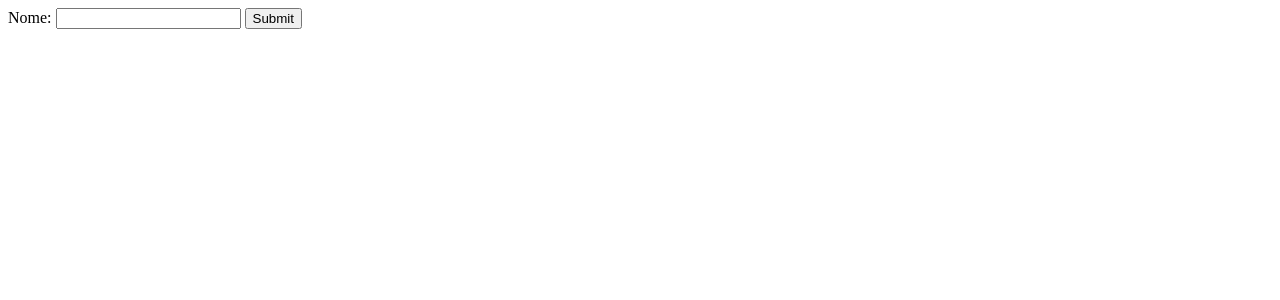
Repository: lcarlin/Alura_Java_Path_learning
Page: http://localhost/gerenciador/formNovaEmpresa2.jsp
These files come from the project's save history. The page is drawn as it stood at one moment and after the next save; the edit follows.
The browser window is 1280 px wide. The pictures show the whole page.
The page is served by Tomcat 9. Other server files are loaded and not shown.

Above is the page before, as saved 2020-08-13 19:51:57.

### gerenciador/WebContent/formNovaEmpresa2.jsp
<%@ taglib uri="http://java.sun.com/jsp/jstl/core" prefix="c" %>
<c:url value="/novaEmpresa" var="linkServletNovaEmpresa"/>

<!DOCTYPE html>
<html>
<head>
<meta charset="ISO-8859-1">
<title>Insert title here</title>
</head>
<body>

    <form action="${linkServletNovaEmpresa}" method="post">

		Nome: <input type="text" name="nome"/>
		<input type="submit" />
	</form>
</body>
</html>

After the next save:
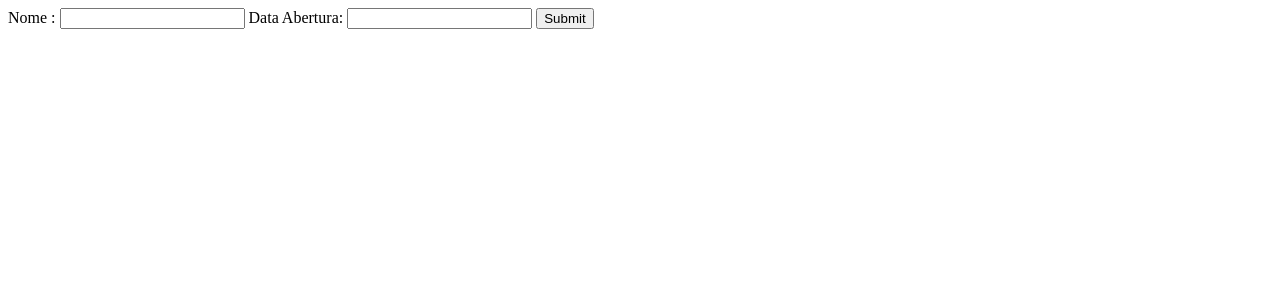
Saved 104 s later.
--- a/gerenciador/WebContent/formNovaEmpresa2.jsp
+++ b/gerenciador/WebContent/formNovaEmpresa2.jsp
@@ -11,7 +11,8 @@
 
     <form action="${linkServletNovaEmpresa}" method="post">
 
-		Nome: <input type="text" name="nome"/>
+		Nome         : <input type="text" name="nome"/>
+		Data Abertura: <input type="text" name="data"/>
 		<input type="submit" />
 	</form>
 </body>
